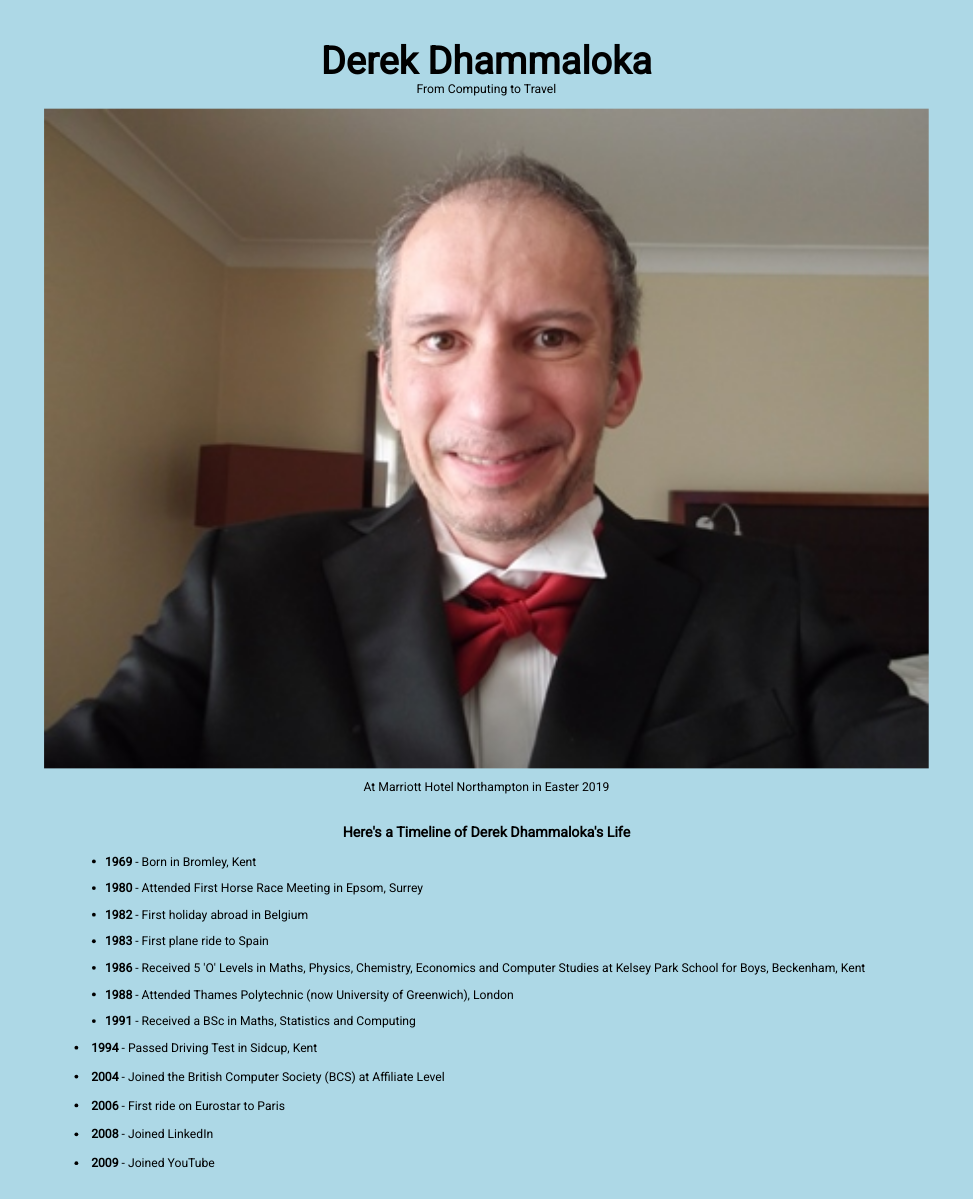
Repository: derektypist/tribute-page
Page: index.html
The author's editor kept a record of every edit. The page is drawn from the files as they stood at one moment, then again after the next edit.
The browser window is 1280 px wide. The pictures show the whole page, at 76% of full size.

Above is the page before.

### index.html
<!DOCTYPE html>
<html lang="en">

<head>
    <meta charset="UTF-8">
    <meta name="viewport" content="width=device-width, initial-scale=1.0">
    <meta http-equiv="X-UA-Compatible" content="ie=edge">
    <title>Derek Dhammaloka Tribute Page</title>
    <!-- Load Style Sheets -->
    <link href="https://fonts.googleapis.com/css?family=Roboto&display=swap" rel="stylesheet">
    <style>
        /* Main Styles */

        #main {
            font-family: "Roboto", Arial, Verdana, sans-serif;
            background-color: lightblue;
            padding: 10px;
            text-align: center;
        }



        /* Title */

        #title {
            font-weight: 700;
            font-size: 50px;
            text-align: center;
        }


        /* Images */

        #img-div {
            position: relative;
            bottom: 35px;
        }

        #image {
            width: 100%;
            display: block;
            height: auto;
        }

        #img-caption {
            position: relative;
            top: 15px;
        }

        /* Tribute Info */

        #tribute-info {

            text-align: left;
            margin-left: 80px;

        }
    </style>
</head>

<body id="main">
    <!-- Set Header Element -->
    <header>
        <h1 id="title">Derek Dhammaloka</h1>
    </header>

    <!-- Set Main Element -->
    <main>

        <!-- Display Image with its Caption -->
        <div id="img-div">
            <p>From Computing to Travel</p>
            <figure>
                <img src="derek.JPG" id="image" title="At Marriott Hotel Northampton - Easter 2019" alt="At Marriott Hotel Northampton - Easter 2019">
                <figcaption id="img-caption">At Marriott Hotel Northampton in Easter 2019</figcaption>
            </figure>
        </div>
        <section>
            <h3>Here's a Timeline of Derek Dhammaloka's Life</h3>
            <!-- Display Tribute Information -->
            <article id="tribute-info">
                <!-- Display Information for 1969 -->
                <ul>
                    <li><strong>1969 </strong>- Born in Bromley, Kent</li>
                </ul>

                <!-- Display Information for 1980 -->
                <ul>
                    <li><strong>1980 </strong>- Attended First Horse Race Meeting in Epsom, Surrey</li>
                </ul>

                <!-- Display Information for 1982 -->
                <ul>
                    <li><strong>1982 </strong>- First holiday abroad in Belgium</li>
                </ul>

                <!-- Display Information for 1983 -->
                <ul>
                     <li><strong>1983 </strong>- First plane ride to Spain</li>
                </ul>

                <!-- Display Information for 1986 -->
                <ul>
                    <li><strong>1986 </strong>- Received 5 'O' Levels in Maths, Physics, Chemistry, Economics and Computer Studies at Kelsey Park School for Boys, Beckenham, Kent</li>
                </ul>

                <!-- Display Information for 1988 -->
                <ul>
                    <li><strong>1988 </strong>- Attended Thames Polytechnic (now University of Greenwich), London</li>
                </ul>

                <!-- Display Information for 1991 -->
                <ul>
                   <li><strong>1991 </strong>- Received a BSc in Maths, Statistics and Computing</li>
                </ul>


                <li><strong>1994 </strong>- Passed Driving Test in Sidcup, Kent</li>
                <br>
                <li><strong>2004 </strong>- Joined the British Computer Society (BCS) at Affiliate Level</li>
                <br>
                <li><strong>2006 </strong>- First ride on Eurostar to Paris</li>
                <br>
                <li><strong>2008 </strong>- Joined LinkedIn</li>
                <br>
                <li><strong>2009 </strong>- Joined YouTube</li>
                <br>
            </article>
        </section>
    </main>
</body>

</html>

After the next edit:
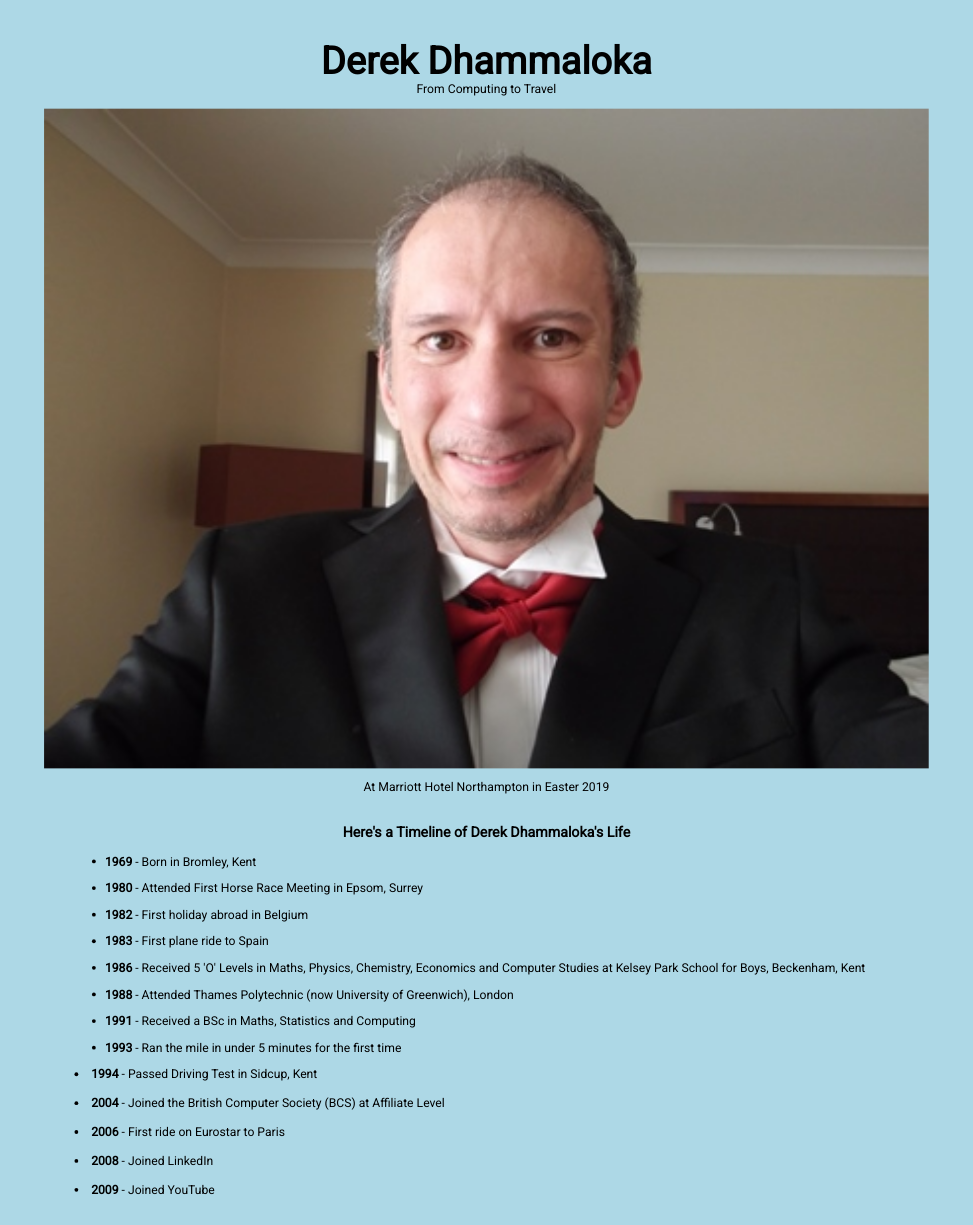
The edit:
--- a/index.html
+++ b/index.html
@@ -114,7 +114,10 @@
                    <li><strong>1991 </strong>- Received a BSc in Maths, Statistics and Computing</li>
                 </ul>
 
-
+                <!-- Display Information for 1993 -->
+                <ul>
+                    <li><strong>1993 </strong>- Ran the mile in under 5 minutes for the first time</li>
+                </ul>
                 <li><strong>1994 </strong>- Passed Driving Test in Sidcup, Kent</li>
                 <br>
                 <li><strong>2004 </strong>- Joined the British Computer Society (BCS) at Affiliate Level</li>
